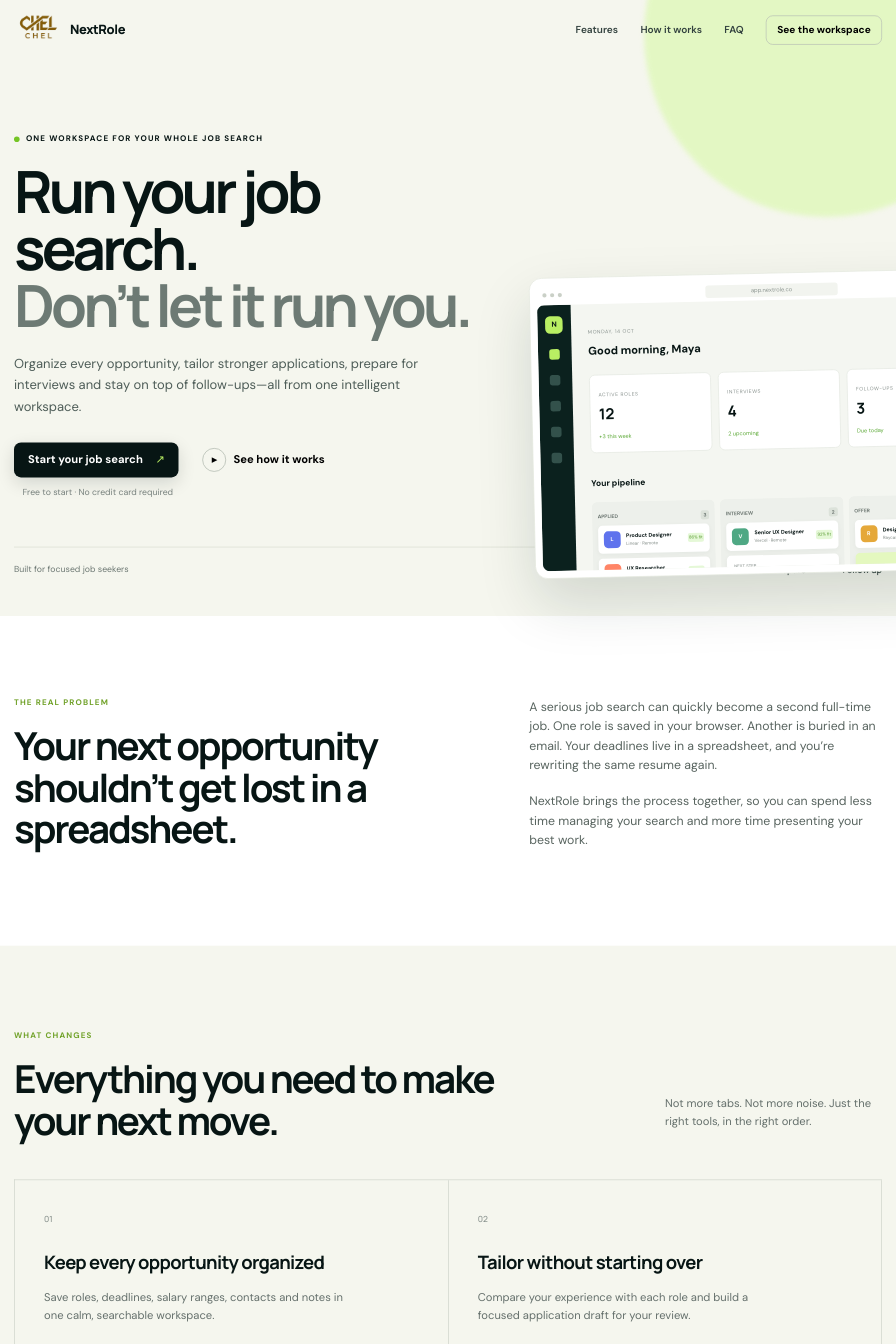
Repository: Lovethrech/NextRole-Nuxt-Portfolio
Page: /
The author's editor kept a copy of each file at every save. The page is drawn from the files as they stood at one save, then again after a run of saves.
The browser window is 1280 px wide. The pictures show the part of the page from y = 0 to 1920 px (the page is 5240 px tall), at 70% of full size.
The project was rebuilt for these pictures with package versions that can differ from the ones it lists, and the page was loaded fresh each time. The framework's server and built-in components were replaced by stand-ins that run in the browser. Also part of the build but not shown: nuxt.config.js.

Above is the page before, as saved 2026-09-12 16:31:51.

### assets/css/main.css
:root{
    --ink:#071514;
    --deep:#0d2421;
    --green:#b9ef63;
    --mint:#ddffc8;
    --paper:#f5f6ee;
    --white:#fff;
    --line:#d9ddd1;
    --muted:#65706c;
    --orange:#ff8a61;
    --blue:#6579ff;
    font-family:'DM Sans',sans-serif;
    color:var(--ink);
    background:var(--paper);
    font-synthesis:none;
}
*{
    box-sizing:border-box;
}
html{
    scroll-behavior:smooth;
}
body{
    margin:0;
    padding: 0;
    background:var(--paper);
    font-size:16px;
    line-height:1.6;
}
button,a{
    font:inherit;
}
button{
    cursor:pointer;
}
a{
    color:inherit;
    text-decoration:none;
}
.container{
    width:min(1580px,calc(100% - 40px));
    margin-inline:auto;
}
.site-shell{
    overflow:hidden;
}
.nav-wrap{
    position:absolute;
    inset:0 0 auto;
    z-index:20;
}
.nav{
    height:86px;
    display:flex;
    align-items:center;
    justify-content:space-between;
}
/* BRAND LOGO */
/* START */
.brand-logo-ctn{
    width: 70px;
}
.brand-logo-ctn img{
    width:100%;
}


/* END */
.brand{
    display:flex;
    align-items:center;
    gap:10px;
    font-family:Manrope,sans-serif;
    font-weight:800;
    font-size:1.15rem;
    letter-spacing:-.03em;
}
.brand-mark{
    width:32px;
    height:32px;
    border-radius:9px;
    background:var(--ink);
    color:var(--green);
    display:grid;
    place-items:center;
    font-size:.9rem;
}
.nav-links{
    display:flex;
    align-items:center;
    gap:32px;
    font-weight:600;
    font-size:.9rem;
}
.nav-links>a{
    color:#33423f;
}
.button{
    border:0;
    display:inline-flex;
    align-items:center;
    justify-content:center;
    gap:18px;
    border-radius:10px;
    padding:15px 20px;
    font-weight:700;
    line-height:1.2;
    transition:transform .2s,box-shadow .2s;
}
.button:hover{
    transform:translateY(-2px);
}
.button-small{
    padding:11px 15px;
}
.button-ghost{
    border:1px solid #b9c0b5;
    background:transparent;
}
.button-primary{
    background:var(--ink);
    color:#fff;
    box-shadow:0 8px 24px #07151424;
}
.button-primary span,.button-light span{
    color:var(--green);
}
.button-light{
    background:#fff;
    color:var(--ink);
}
.menu-button{
    display:none;
}
.hero{
    min-height:880px;
    padding-top:178px;
    position:relative;
}
.hero:before{
    content:'';
    position:absolute;
    width:520px;
    height:520px;
    border-radius:50%;
    background:#dff8b9;
    filter:blur(4px);
    right:-180px;
    top:-210px;
    opacity:.8;
}
.hero-copy{
    width:56%;
    position:relative;
    z-index:2;
}
.eyebrow,.section-kicker{
    font-size:.72rem;
    font-weight:800;
    letter-spacing:.14em;
    text-transform:uppercase;
    display:flex;
    align-items:center;
    gap:9px;
}
.eyebrow span{
    width:8px;
    height:8px;
    border-radius:50%;
    background:#75c525;
}
.hero h1{
    font-family:Manrope,sans-serif;
    font-size:clamp(3.4rem,6.5vw,6.15rem);
    line-height:.98;
    letter-spacing:-.065em;
    margin:24px 0 28px;
    font-weight:700;
}
.hero h1 em{
    font-style:normal;
    color:#6d7a74;
}
.hero-lede{
    font-size:1.16rem;
    line-height:1.65;
    color:#4e5d58;
    max-width:630px;
}
.hero-actions{
    display:flex;
    align-items:center;
    gap:28px;
    margin-top:36px;
}
.text-link{
    border:0;
    background:none;
    font-weight:700;
    display:flex;
    align-items:center;
    gap:10px;
}
.play{
    border:1px solid #aeb6ac;
    border-radius:50%;
    width:34px;
    height:34px;
    display:grid;
    place-items:center;
    font-size:.65rem;
}
.microcopy{
    font-size:.78rem;
    color:#77817d;
    margin:12px 0 0 12px;
}
.dashboard-frame{
    position:absolute;
    z-index:3;
    width:660px;
    right:-160px;
    top:390px;
    background:#fff;
    padding:10px;
    border-radius:18px;
    box-shadow:0 35px 80px #0c2b2226;
    transform:rotate(-1.3deg);
    border:1px solid #e5e9df;
}
.frame-bar{
    height:28px;
    display:flex;
    align-items:center;
    gap:5px;
    padding:0 8px;
}
.frame-bar span{
    width:6px;
    height:6px;
    background:#cad0c7;
    border-radius:50%;
}
.frame-bar p{
    font-size:.52rem;
    background:#f2f4ef;
    color:#8b948f;
    padding:2px 65px;
    border-radius:4px;
    margin:auto;
}
.dash{
    height:380px;
    display:flex;
    background:#f4f6f1;
    border-radius:10px;
    overflow:hidden
}
.dash-side{
    width:52px;
    background:#0b211e;
    display:flex;
    flex-direction:column;
    align-items:center;
    gap:22px;
    padding-top:16px;
}
.mini-brand{
    width:25px;
    height:25px;
    border-radius:7px;
    background:var(--green);
    display:grid;
    place-items:center;
    font-size:.65rem;
}
.dash-side i{
    width:15px;
    height:15px;
    border-radius:4px;
    background:#33514b;
}
.dash-side i.active{
    background:var(--green);
}
.dash-main{
    padding:24px;
    width:100%;
}
.dash-top{
    display:flex;
    justify-content:space-between;
    align-items:center;
}
.dash-top small,.stat-grid small{
    font-size:.45rem;
    letter-spacing:.11em;
    color:#88918d;
}
.dash-top h3{
    font-size:1rem;
    margin:4px 0;
}
.avatar{
    width:30px;
    height:30px;
    border-radius:50%;
    background:#e4c6a5;
    display:grid;
    place-items:center;
    font-size:.55rem;
    font-weight:800;
}
.stat-grid{
    display:grid;
    grid-template-columns:repeat(3,1fr);
    gap:10px;
    margin:18px 0
}
.stat-grid>div{
    padding:12px;
    border-radius:8px;
    background:#fff;
    border:1px solid #e4e8e1;
}
.stat-grid strong{
    display:block;
    font-family:Manrope;
    font-size:1.35rem;
}
.stat-grid span{
    font-size:.5rem;
    color:#59a733;
}
.pipeline-head{
    display:flex;
    justify-content:space-between;
    align-items:center;
}
.pipeline-head h4{
    font-size:.76rem;
}
.pipeline-head button{
    font-size:.55rem;
    border:0;
    background:#0b211e;
    color:white;
    padding:6px 9px;
    border-radius:5px;
}
.pipeline{
    display:grid;
    grid-template-columns:repeat(3,1fr);
    gap:8px;
}
.lane{
    background:#edf0eb;border-radius:7px;padding:8px}.lane>p{font-size:.45rem;font-weight:800;color:#6b7570
}
.lane>p b{
    float:right;
    background:#dce2da;
    padding:1px 4px;
    border-radius:3px;
}
.lane article{
    background:#fff;
    padding:8px;
    margin-top:7px;
    border-radius:6px;
    display:grid;
    grid-template-columns:26px 1fr auto;
    gap:6px;
    align-items:center;
    box-shadow:0 2px 7px #1933290b;
}
.company-icon{width:24px;height:24px;display:grid;place-items:center;border-radius:6px;font-size:.5rem;font-weight:800;color:white;
}.cobalt{background:#5f73ed;
}.coral{background:#ff8567;
}.mint{background:#4fa884;
}.gold{background:#e5a83a;
}.lane article strong{font-size:.48rem;display:block;
}.lane article small{font-size:.4rem;color:#7f8984;display:block;
}.lane article mark{font-size:.38rem;background:#e5f8d7;color:#55982d;border-radius:3px;padding:2px;
}.lane article.task,.lane article.celebrate{display:block;padding:10px;
}.lane .task span{font-size:.42rem;color:#dd6d49;
}.lane .celebrate{background:#e4f8bf;
}.lane .celebrate>span{font-size:.9rem;color:#62a329;
}
.hero-proof{
    position:absolute;
    bottom:56px;
    left:0;
    right:0;
    border-top:1px solid var(--line);
    padding-top:22px;
    display:flex;
    justify-content:space-between;
    color:#6d7873;
    font-size:.78rem;
}
.hero-proof p{display:flex;align-items:center;gap:24px;margin:0;
}
.hero-proof b{font-family:Manrope;color:#4a5853;
}
.hero-proof i{width:4px;height:4px;background:#9aa49f;border-radius:50%;
}
.problem-section{background:#fff;padding:115px 0;
}
.problem-grid{display:grid;grid-template-columns:1.1fr .9fr;gap:120px;
}
.section-kicker{color:#71a22a;margin:0 0 22px;
}
.problem-grid h2,.section-heading h2,.how-copy h2,.control-copy h2,.faq h2,.final-cta h2{font-family:Manrope;font-size:clamp(2.3rem,4.3vw,4.5rem);line-height:1.08;letter-spacing:-.055em;margin:0;
}
.problem-copy{font-size:1.1rem;color:#58645f;
}
.problem-copy p{margin:0 0 22px;
}
.features{padding:120px 0;
}
.section-heading{display:flex;justify-content:space-between;align-items:end;margin-bottom:55px;
}
.section-heading h2{max-width:710px;
}
.section-heading>p{max-width:310px;color:#65706c;
}
.benefit-grid{display:grid;grid-template-columns:repeat(2,1fr);border-top:1px solid #cfd5cb;border-left:1px solid #cfd5cb;
}
.benefit-card{min-height:315px;padding:42px;border-right:1px solid #cfd5cb;border-bottom:1px solid #cfd5cb;position:relative;transition:background .25s,transform .25s;
}
.benefit-card:hover{background:#fff;transform:translateY(-3px);
}
.benefit-card>span{font-family:Manrope;font-size:.75rem;color:#89928e;
}
.benefit-card h3{font-family:Manrope;font-size:1.65rem;letter-spacing:-.035em;margin:28px 0 12px;
}
.benefit-card p{color:#65706c;max-width:440px;
}
.benefit-card strong{position:absolute;bottom:38px;color:#3f6c18;font-size:.85rem;
}
.how-section{background:var(--deep);color:#fff;padding:120px 0;
}
.how-grid{display:grid;grid-template-columns:.85fr 1.15fr;gap:130px;
}
.section-kicker.light{color:var(--green);
}
.how-copy>p:not(.section-kicker){color:#afbfba;font-size:1.05rem;max-width:430px;margin:26px 0 36px;
}
.steps{list-style:none;padding:0;margin:0;
}
.steps li{display:grid;grid-template-columns:60px 1fr;gap:20px;border-top:1px solid #35504b;padding:27px 0;
}
.steps li:last-child{border-bottom:1px solid #35504b;
}
.steps>li>span{color:var(--green);font:700 .75rem Manrope;
}
.steps h3{font:700 1.25rem Manrope;margin:0 0 6px;
}
.steps p{color:#9fb1ab;margin:0;
}
.control{padding:120px 0;
}
.control-card{background:#fff;border-radius:24px;display:grid;grid-template-columns:1fr 1fr;overflow:hidden;box-shadow:0 22px 60px #1a35250c;
}
.control-visual{background:#dff3bf;min-height:560px;display:grid;place-items:center;padding:50px;
}
.document{width:330px;background:white;border-radius:12px;padding:32px;box-shadow:0 25px 50px #4167222c;transform:rotate(-2deg);
}
.doc-label{font-size:.55rem;letter-spacing:.14em;font-weight:800;
}
.document>i{height:7px;background:#e6eae3;border-radius:4px;display:block;margin-top:17px;
}
.document>i.short{width:60%;
}
.document>i.medium{width:80%;
}
.suggestion{display:flex;gap:12px;background:#f3fae9;border:1px solid #cce9a6;padding:14px;border-radius:8px;margin:22px -12px;
}
.suggestion b{color:#599825;
}
.suggestion p{margin:0;
}
.suggestion strong{font-size:.72rem;display:block;
}
.suggestion small{font-size:.6rem;color:#6c776f;
}
.control-copy{padding:70px;display:flex;flex-direction:column;justify-content:center;
}
.control-copy>p:not(.section-kicker){color:#66716c;font-size:1.05rem;
}
.control-copy ul{list-style:none;padding:0;margin:18px 0 0;
}
.control-copy li{padding:12px 0;border-top:1px solid #e4e8e0;font-weight:600;
}
.control-copy li:before{content:'✓';display:inline-grid;place-items:center;margin-right:12px;width:23px;height:23px;border-radius:50%;background:#e5f7cd;color:#4e861e;font-size:.75rem;
}
.faq{padding:40px 0 120px;display:grid;grid-template-columns:.75fr 1.25fr;gap:120px;
}
.faq h2{font-size:3.2rem;
}
.accordion details{border-top:1px solid #cdd3ca;padding:24px 0;
}
.accordion details:last-child{border-bottom:1px solid #cdd3ca;
}
.accordion summary{list-style:none;font:700 1.05rem Manrope;display:flex;justify-content:space-between;cursor:pointer;
}
.accordion summary::-webkit-details-marker{display:none;
}
.accordion summary span{font-size:1.4rem;font-weight:400;
}
.accordion details[open] summary span{transform:rotate(45deg);
}
.accordion details p{color:#64706a;max-width:620px;margin:16px 40px 0 0;
}
.final-cta{background:#102c28;color:#fff;border-radius:28px;min-height:500px;padding:75px;display:grid;grid-template-columns:1.1fr .9fr;align-items:center;position:relative;overflow:hidden;
}
.final-cta h2{max-width:700px;
}
.final-cta p{color:#b2c0bc;
}
.final-cta small{display:block;color:#8ca19b;margin:12px;
}
.final-cta .button{margin-top:15px;
}
.orbit{height:350px;position:relative;display:grid;place-items:center;
}
.orbit span{position:absolute;border:1px solid #54716a;border-radius:50%;
}
.orbit-one{width:290px;height:290px;
}
.orbit-two{width:200px;height:200px;
}
.orbit b{width:95px;height:95px;border-radius:26px;background:var(--green);color:var(--deep);display:grid;place-items:center;font:800 2.2rem Manrope;box-shadow:0 0 70px #b9ef6352;
}
.footer{min-height:140px;display:flex;align-items:center;justify-content:space-between;gap:30px;font-size:.75rem;color:#79827e;
}
.footer p{max-width:480px;text-align:center;
}
.modal-backdrop{position:fixed;inset:0;background:#061411cc;backdrop-filter:blur(8px);z-index:50;display:grid;place-items:center;padding:20px;
}
.modal{width:min(550px,100%);background:var(--paper);border-radius:22px;padding:44px;position:relative;
}
.modal h2{font:700 2.25rem/1.1 Manrope;letter-spacing:-.05em;margin:0;
}
.modal>p:not(.section-kicker){color:#63706a;
}
.modal-close{position:absolute;right:20px;top:15px;border:0;background:none;font-size:2rem;
}
.modal-list{margin:28px 0;
}
.modal-list>span{float:left;color:#6b9c2a;font:bold .7rem Manrope;margin-top:5px;
}
.modal-list p{margin:0 0 18px 35px;
}
.modal-list b,.modal-list small{display:block;
}
.modal-list small{color:#68746e;
}
.fade-enter-active,.fade-leave-active{transition:opacity .2s;
}
.fade-enter-from,.fade-leave-to{opacity:0;
}

@media(max-width:900px){
    .nav-wrap{position:absolute;
    }
    .menu-button{display:flex;flex-direction:column;gap:5px;border:0;background:none;padding:10px;
    }
    .menu-button span{width:23px;height:2px;background:var(--ink);
    }
    .nav-links{display:none;position:absolute;top:72px;left:20px;right:20px;background:white;padding:24px;border-radius:14px;box-shadow:0 20px 50px #172c2424;flex-direction:column;align-items:stretch;
    }
    .nav-links.open{display:flex;
    }
    .hero{padding-top:145px;min-height:auto;padding-bottom:80px;
    }
    .hero-copy{width:100%;
    }
    .hero h1{font-size:clamp(3rem,11vw,5rem);
    }
    .dashboard-frame{position:relative;top:auto;right:auto;width:100%;margin-top:55px;transform:none;
    }
    .hero-proof{position:relative;bottom:auto;margin-top:50px;
    }
    .problem-grid,.how-grid,.faq{grid-template-columns:1fr;gap:50px;
    }
    .section-heading{display:block;
    }
    .benefit-grid{grid-template-columns:1fr;
    }
    .control-card{grid-template-columns:1fr;
    }
    .control-visual{min-height:420px;
    }
    .final-cta{grid-template-columns:1fr;
    }
    .orbit{display:none;
    }
    .footer{flex-direction:column;text-align:center;padding:50px 0;
    }
}

@media(max-width:600px){
    .container{width:min(100% - 28px,1180px);
    }
    .hero h1{font-size:3.25rem;
    }
    .hero-actions{align-items:flex-start;flex-direction:column;gap:18px;
    }
    .dashboard-frame{width:720px;transform:scale(.47);transform-origin:top left;margin-bottom:-200px;
    }
    .hero-proof{display:block;
    }
    .hero-proof p{margin-top:12px;gap:12px;flex-wrap:wrap;
    }
    .problem-section,.features,.how-section,.control{padding:80px 0;
    }
    .problem-grid h2,.section-heading h2,.how-copy h2,.control-copy h2,.faq h2,.final-cta h2{font-size:2.45rem;
    }
    .benefit-card{padding:28px;min-height:300px;
    }
    .how-grid{gap:55px;
    }
    .control-visual{padding:30px;min-height:380px;
    }
    .document{width:280px;
    }
    .control-copy{padding:38px 28px;
    }
    .faq{padding:10px 0 80px;gap:40px;
    }
    .final-cta{padding:48px 26px;min-height:520px;border-radius:20px;
    }
    .footer{align-items:center;
    }
    .modal{padding:36px 24px;
    }
    .modal h2{font-size:2rem;
    }
}

Loaded but not shown: app.vue (138 lines, source omitted)

After the next 5 saves:
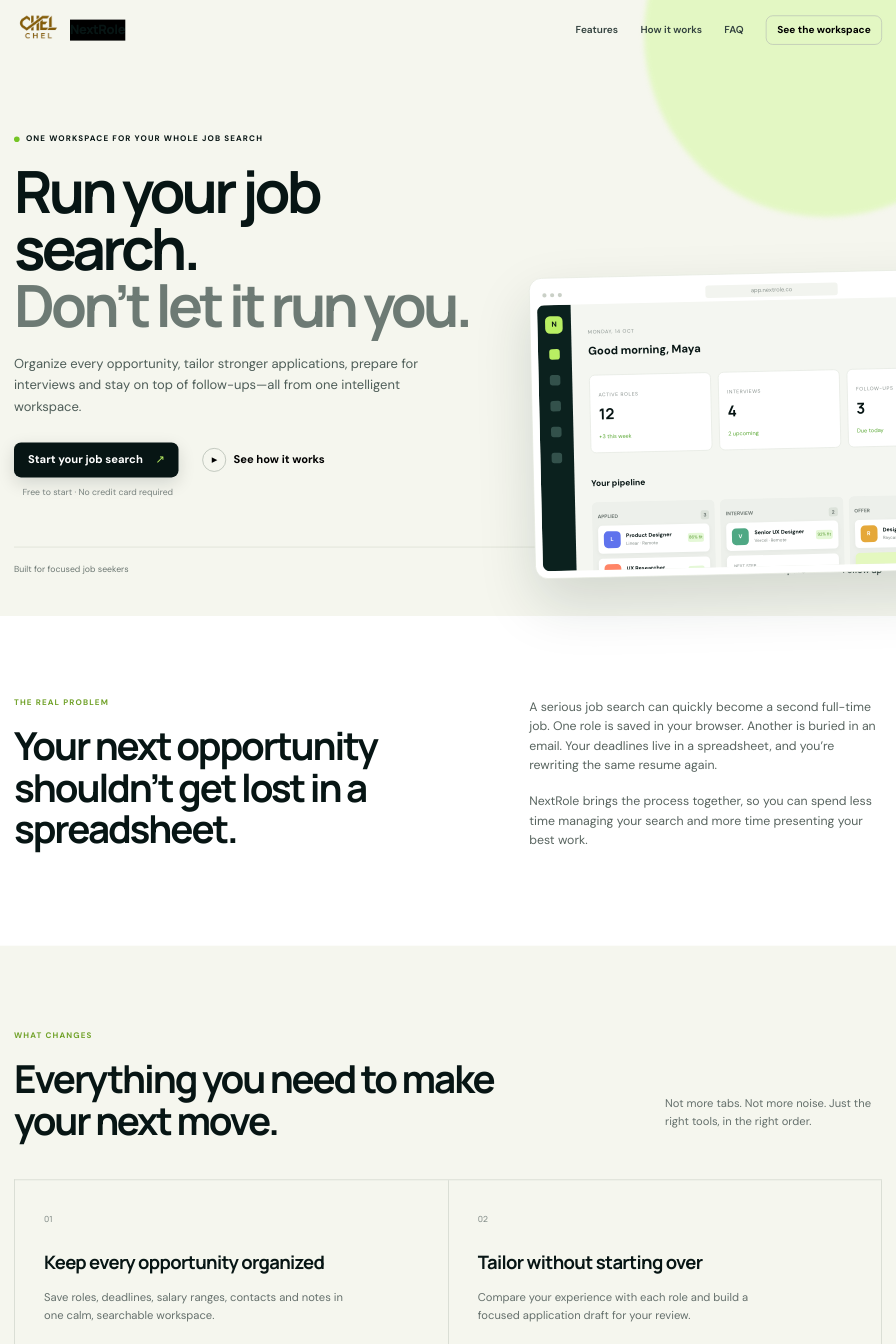
The 5 saves are shown as one change because they came seconds apart.
The last was saved 14 s later.
--- a/assets/css/main.css
+++ b/assets/css/main.css
@@ -63,7 +63,9 @@
 .brand-logo-ctn img{
     width:100%;
 }
-
+#brand-sub-name{
+    background-color: #000000;
+}
 
 /* END */
 .brand{
